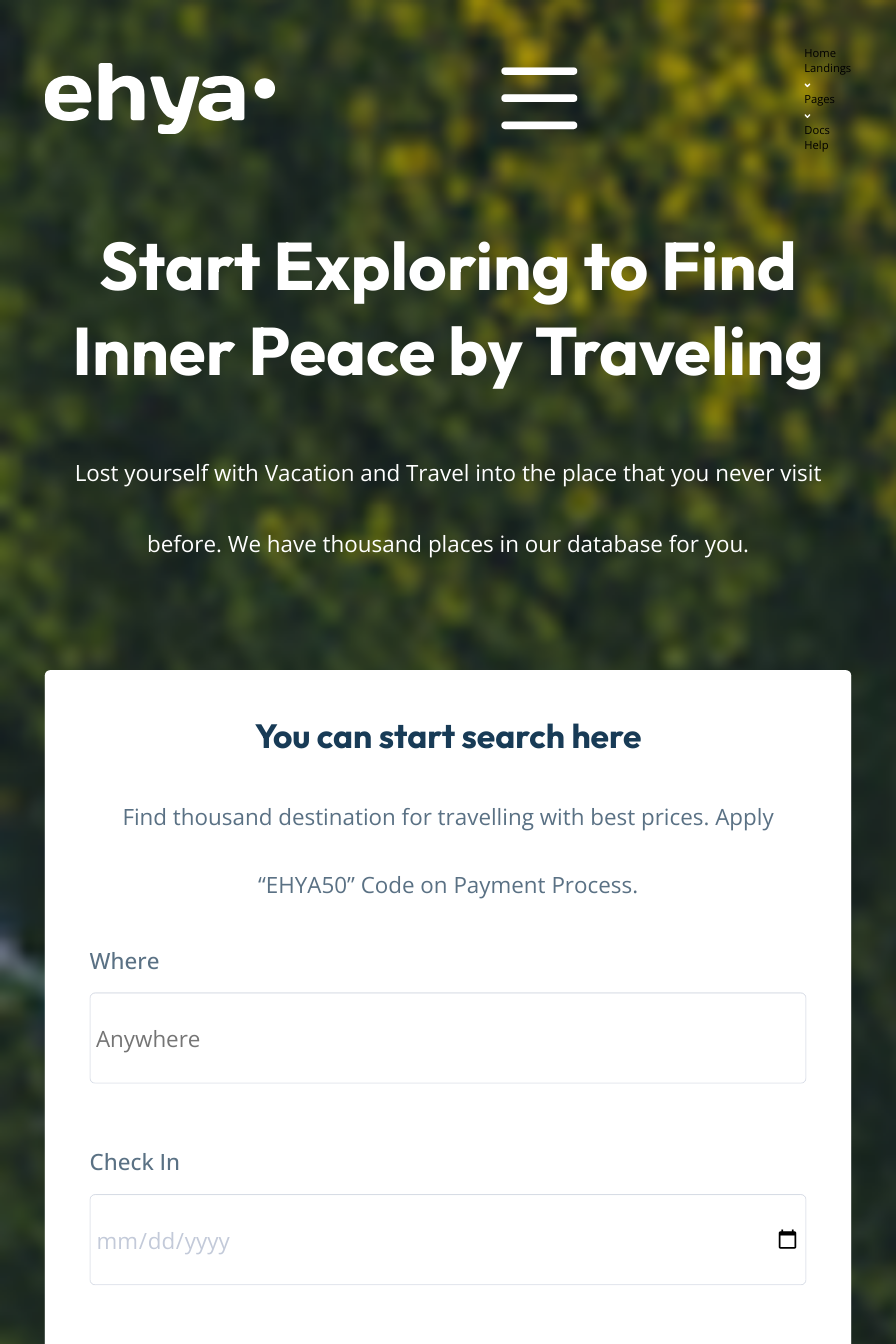
Repository: daviHmoraes/frontcomtailwind
Page: index.html
These files come from the project's save history. The page is drawn as it stood at one moment and after a run of saves; the edit follows.
The browser window is 1280 px wide. The pictures show the part of the page from y = 0 to 1920 px (the page is 30174 px tall before and 30197 px after), at 70% of full size.

Above is the page before, as saved 2026-09-01 19:36:38.

### index.html
<!DOCTYPE html>
<html lang="en">
<head>
    <meta charset="UTF-8">
    <meta name="viewport" content="width=device-width, initial-scale=1.0">
    <title>Ehya - Home Page</title>
    <link rel="stylesheet" href="/css/style.css">

    <!--OPEN SANS FONT-->
    <link rel="preconnect" href="https://fonts.googleapis.com">
    <link rel="preconnect" href="https://fonts.gstatic.com" crossorigin>
    <link href="https://fonts.googleapis.com/css2?family=Open+Sans:ital,wght@0,300..800;1,300..800&display=swap" rel="stylesheet">

    <!--OUTFIT FONT-->
    <link rel="preconnect" href="https://fonts.googleapis.com">
    <link rel="preconnect" href="https://fonts.gstatic.com" crossorigin>
    <link href="https://fonts.googleapis.com/css2?family=Outfit:wght@100..900&display=swap" rel="stylesheet">
</head>

<body>
    <header>

        <section class="header">
            <img id="logo" src="/img/Logo.svg" alt="Ehya Company Logo">
            <img id="hamburguer-menu" src="/img/hamburguer-menu.svg" alt="Hamburguer menu Icon">

            <div class="nav">
                <p>Home</p>

                <div class="chevron-topic">
                    <p>Landings</p>
                    <img src="/img/white-chevron-down.svg" alt="Chevron Icon Pointing Down">
                </div>

                <div class="chevron-topic">
                    <p>Pages</p>
                    <img src="/img/white-chevron-down.svg" alt="Chevron Icon Pointing Down">
                </div>

                <p>Docs</p>
                <p>Help</p>
            </div>

        </section>

        <section class="hero">

            <div class="hero-content">
                <h1>
                    Start Exploring to
                    Find Inner Peace
                    by Traveling
                </h1>

                <p>
                    Lost yourself with Vacation and
                    Travel into the place that you never
                    visit before. We have thousand
                    places in our database for you.
                </p>
            </div>

            <div class="form-card">
                <h2>
                    You can start search here
                </h2>

                <p>
                    Find thousand destination for travelling
                    with best prices. Apply “EHYA50” Code
                    on Payment Process.
                </p>

                <form>
                    <div class="field">
                        <label for="where">Where</label>
                        <input type="text" id="where" name="where" placeholder="Anywhere">
                    </div>

                    <div class="field">
                        <label for="checkin">Check In</label>
                        <input type="date" id="checkin" name="checkin">
                    </div>

                    <div class="field">
                        <label for="checkout">Check Out</label>
                        <input type="date" id="checkout" name="checkout">
                    </div>

                    <div class="field">
                        <label for="guests">Guests</label>
                        <input type="text" id="guests" name="guests" placeholder="Guests">
                    </div>

                    <input id="submit" type="submit" value="Search">
                </form>
            </div>

            <img class="arrow" src="/img/south-arrow.svg" alt="South Pointing Arrow">

        </section>
    </header>

    <main>
        <section class="benefits">
            <h2>
                Travelya Benefit
                for User
            </h2>

            <p>
                We are self-service data analytics
                software that lets you create visually
                appealing data visualizations and
                insightful dashboards in minutes.
            </p>

            <div class="cards">
                <div class="card">
                    <img src="/img/card-icon/cheap-icon.svg" alt="Label Icon">

                    <div class="card-content">
                        <h3>
                            Cheap than Other
                        </h3>
                        <p>
                            Travelya is cheaper than other
                            travel agency.
                        </p>
                    </div>
                </div>

                <div class="card">
                    <img src="/img/card-icon/secure-icon.png" alt="Shield Icon">

                    <div class="card-content">
                        <h3>
                            Secure Payment
                        </h3>
                        <p>
                            You can pay your book without
                            doubt again.
                        </p>
                    </div>
                </div>

                <div class="card">
                    <img src="/img/card-icon/free-icon.svg" alt="AC Icon">

                    <div class="card-content">
                        <h3>
                            Free Amenities
                        </h3>
                        <p>
                            We guarantee you can give free amenities wherever
                            you are.
                        </p>
                    </div>
                </div>

                <div class="card">
                    <img src="/img/card-icon/top-icon.svg" alt="Crown Icon">

                    <div class="card-content">
                        <h3>
                            Top Rated
                        </h3>
                        <p>
                            Only show best destination
                            with 1000+ super review user
                        </p>
                    </div>
                </div>

                <div class="card">
                    <img src="/img/card-icon/best-icon.svg" alt="Medal Icon">

                    <div class="card-content">
                        <h3>
                            Best Offers
                        </h3>
                        <p>
                            Inform you about all best
                            offers for all destination
                        </p>
                    </div>
                </div>

                <div class="card">
                    <img src="/img/card-icon/easy-icon.svg" alt="Like Icon">

                    <div class="card-content">
                        <h3>
                            Easy Book
                        </h3>
                        <p>
                            Follow flow, Click, Pay. Wait.
                            Just wait e-ticket
                        </p>
                    </div>
                </div>

                <div class="card">
                    <img src="/img/card-icon/refund-icon.svg" alt="Hands Shell Icon">

                    <div class="card-content">
                        <h3>
                            Fast Refund
                        </h3>
                        <p>
                            If you canceled. We can refund
                            your money 1x12
                        </p>
                    </div>
                </div>

                <div class="card">
                    <img src="/img/card-icon/support-icon.svg" alt="Headphone Icon">

                    <div class="card-content">
                        <h3>
                            24/7 Support
                        </h3>
                        <p>
                            We’re ready help you anytime
                            and anywhere you are.
                        </p>
                    </div>
                </div>
            </div>
        </section>

        <section class="popular-destinations">
            <h2>
                Popular Destinations
            </h2>

            <div class="destinations">
                <div class="destination" id="venice">
                    <h3>
                        Venice, Italy
                    </h3>
                    <p>
                        Travelling into the popular river in Italy
                    </p>
                    <button class="see-offers">
                        See Offers
                    </button>
                </div>

                <div class="destination" id="paris">
                    <h3>
                        Paris, France
                    </h3>
                    <p>
                        Romance in popular world landmark
                    </p>
                    <button class="see-offers">
                        See Offers
                    </button>
                </div>

                <div class="destination" id="bali">
                    <h3>
                        Bali, Indonesia
                    </h3>
                    <p>
                        See best sunset ver in the world
                    </p>
                    <button class="see-offers">
                        See Offers
                    </button>
                </div>

                <div class="destination" id="santorini">
                    <h3>
                        Santorini, Greece
                    </h3>
                    <p>
                        Visit the 1000 Gods Country
                    </p>
                    <button class="see-offers">
                        See Offers
                    </button>
                </div>
            </div>

            <div class="see-all-offers">
                <a href="#">See All Offers</a>
                <img src="/img/blue-east-arrow.svg" alt="East Pointing Arrow">
            </div>
        </section>

        <section class="about-travelya">

            <div class="about-title">
                <h3>
                    ABOUT TRAVELYA
                </h3>

                <h1>
                    Everyone Needs Travel. Needs a Holiday.<br>
                    Want to Break Free <br> for a While
                </h1>
            </div>

            <div id="umbrella-card">
                <div id="search-field">
                    <img src="/img/search.svg" alt="Search Bloom Icon">
                    <p>Recommended Destination</p>
                </div>
            </div>

            <div class="selected-destination">
                <h2>
                    We have More than 1000
                    Selected Destination
                </h2>

                <p>
                    You can choose one of many option
                    that we have on Our Website. Every
                    destination have been 4+ star rated <br>
                    by our user before. You can search <br>
                    by clicking our button on below of <br>
                    the this text man.
                </p>

                <button class="search-destination">
                    Search Destination
                </button>
            </div>

            <div class="holiday-card">
                <div id="holiday-image"></div>
                <div class="card-content">
                    <span class="discount">DISC 50%</span>
                    <h3>
                        Holiday in Bali Island
                    </h3>
                    <p>
                        Stay 3 night at Seminyak Hotel Bali
                    </p>
                    <button class="redeem-now">Redeem Now</button>
                </div>
            </div>

            <div class="promo">
                <h2>
                    Always give you Promo <br>
                    on every Month / Event
                </h2>
                <p>
                    We make sure give you a lot of
                    promo every month or event based
                    on calendar. If you want, Just
                    subscribe on Newsletter.
                </p>

                <div class="pros">
                    <img src="/img/pros-icon.svg" alt="Right Simbol Icon">
                    <p>25% for New Members</p>
                </div>

                <div class="pros">
                    <img src="/img/pros-icon.svg" alt="Right Simbol Icon">
                    <p>Cancelled refund 100%</p>
                </div>

                <div class="pros">
                    <img src="/img/pros-icon.svg" alt="Right Simbol Icon">
                    <p>Up 50% on your birthday</p>
                </div>

                <div class="pros">
                    <img src="/img/pros-icon.svg" alt="Right Simbol Icon">
                    <p>Reward for 1000 Points</p>
                </div>

                <div class="pros">
                    <img src="/img/pros-icon.svg" alt="Right Simbol Icon">
                    <p>Cashback 10% via OVO</p>
                </div>
            </div>
        </section>

        <section class="feedback">

            <div class="feedback-image">
                <div id="left-comment" class="comment">Hi, Can you help me? 😔</div>
                <div id="right-comment" class="comment">Can I get my money back?</div>
                <div id="big-comment" class="comment">Thanks for your help!! 😍😍😍😍</div>
            </div>

        </section>

        <section class="money-back">

            <h2>100% Money back
                Guarantee if You
                Cancel
            </h2>

            <p>
                We promises in this case. We still
                want to refund your money when
                you cancel order.
            </p>

            <div class="faqs">
                <div class="selected-faq">
                    <div class="faq-header">
                        <img src="/img/filled-green-circle.svg" alt="Filled Green Circle">
                        <h4>Friendly, Quick, Easy</h4>
                        <img src="/img/chevron-up.svg" alt="Chevron Pointing Up">
                    </div>
                    <p>
                        Business messaging that feels just
                        like the messenger apps you and
                        your customers use every day.
                    </p>
                </div>

                <div class="faq">
                    <div class="faq-header">
                        <img src="/img/non-filled-green-circle.svg" alt="Non-filled Green Circle">
                        <h4>Fast Response Answer</h4>
                        <img src="/img/chevron-down.svg" alt="Chevron Pointing Down">
                    </div>
                </div>

                <div class="faq">
                    <div class="faq-header">
                        <img src="/img/non-filled-green-circle.svg" alt="Non-filled Green Circle">
                        <h4>Money Back Guarantee</h4>
                        <img src="/img/chevron-down.svg" alt="Chevron Pointing Down">
                    </div>
                </div>
            </div>
        </section>

        <section class="reports">

            <div class="report-hero">
                <img src="/img/quote-left.svg" alt="Pair of Left Quotes">
            </div>

            <p>
                Travelya, thank you so much
                for a well organized trip. We
                had a wonderful time. Hard to
                believe it's already done and
                past. Weather was awesome,
                the hotels were nice, thank
                you for everything!
            </p>

            <div class="report-writer">
                <h4>Lorena Eka Mira</h4>
                <p>General Manager Bus Association</p>
            </div>

            <div class="pages-indicator">
                <img src="/img/filled-blue-circle.svg" alt="Filled Blue Circle Icon">
                <img src="/img/filled-gray-circle.svg" alt="Filled Gray Circle Icon">
                <img src="/img/filled-gray-circle.svg" alt="Filled Gray Circle Icon">
                <img src="/img/filled-gray-circle.svg" alt="Filled Gray Circle Icon">
            </div>
        </section>

        <section class="travelers-tips">

            <span class="travelers-tips-subtitle">TIPS FOR TRAVELYER’S</span>

            <h2>
                Some Tips From Us
            </h2>

            <p>
                We share common trends, strategies,
                ideas, opinions, short & long stories
                from the team behind company.
            </p>

            <div class="tips-cards">
                <div id="wetlands" class="tips-card">
                    <h2>
                        From Wetlands To
                        Canals and Dams
                        Amsterdam Is
                        Alive. Looks who’s
                        out
                    </h2>
                    <div class="see-offers">
                        <a href="#">
                            See All Offers
                            <img src="/img/green-east-arrow.svg" alt="Green Arrow Pointing East">
                        </a>
                    </div>
                </div>

                <div id="global" class="tips-card">
                    <h2>
                        Global Travel And
                        Vacations Luxury
                        Travel On A Tight
                        Budget
                    </h2>
                    <div class="see-offers">
                        <a href="#">
                            See All Offers
                            <img src="/img/green-east-arrow.svg" alt="Green Arrow Pointing East">
                        </a>
                    </div>
                </div>
            </div>

            <img id="see-more-arrow" src="/img/blue-east-arrow.svg" alt="Blue Arrow Pointing East">
        </section>

        <section class="rating">
            <section class="costumers">
                <div class="costumers-pics">
                    <img src="/img/costumers-pics/costumer1.png" alt="Man Profile Picture">
                    <img src="/img/costumers-pics/Costumer2.png" alt="Woman Profile Picture">
                    <img src="/img/costumers-pics/costumer3.png" alt="Man Profile Picture">
                </div>
                <div class="costumers-content">
                    <p>
                        <span class="bold">Friendly</span>
                        customer support team
                    </p>
                </div>
            </section>

            <section class="trustpilot">
                <div class="trustpilot-logo">
                    <img id="logo-star" src="/img/green-star.svg" alt="Green TrustPilot Star Icon">
                    <img id="logo-name" src="/img/trustpilot-logo.png" alt="TrustPilot Logo">
                </div>

                <div class="star">
                    <img src="/img/rating-star.svg" alt="Rating Orange Star">
                    <img src="/img/rating-star.svg" alt="Rating Orange Star">
                    <img src="/img/rating-star.svg" alt="Rating Orange Star">
                    <img src="/img/rating-star.svg" alt="Rating Orange Star">
                    <img src="/img/rating-star.svg" alt="Rating Orange Star">
                </div>

                <p>
                    <span class="bold">4.6 out of 5 stars</span>
                    from 8.6k
                    reviews
                </p>

            </section>

            <section class="insurance">
                <img src="/img/card-icon/easy-icon.svg" alt="Like Icon">
                <p>
                    We’re making
                    <span class="bold">insurance as simple as</span>
                    can be
                </p>
            </section>

        </section>

    </main>

    <footer>
        <div class="redirects">
            <article class="topic">
                <h3>Product</h3>
                <p>Landing page</p>
                <p>Features</p>
                <p>Documentation</p>
                <p>Referral Program</p>
                <p>Pricing</p>
            </article>

            <article class="topic">
                <h3>Services</h3>
                <p>Documentation</p>
                <p>Design</p>
                <p>Themes</p>
                <p>Illustrations</p>
                <p>UI Kit</p>
            </article>

            <article class="topic">
                <h3>Company</h3>
                <p>About</p>
                <p>Terms</p>
                <p>Privacy Policy</p>
                <p>Careers</p>
            </article>

            <article class="topic">
                <h3>More</h3>
                <p>Documentation</p>
                <p>License</p>
                <p>Changelog</p>
            </article>
        </div>

        <div class="footer-content">
            <img src="/img/logo.svg" alt="Logo da empresa Ehya">

            <p>
                Build a modern and creative website with crealand
            </p>

            <div class="contacts">
                <img src="/img/footer-icons/google.svg" alt="Redirect Contact Google icon">
                <img src="/img/footer-icons/twitter.svg" alt="Redirect Contact Twitter icon">
                <img src="/img/footer-icons/instagram.svg" alt="Redirect Contact Instagram icon">
                <img src="/img/footer-icons/linkedin.svg" alt="Redirect Contact Linkedin icon">
                <img src="/img/footer-icons/youtube.svg" alt="Redirect Contact Youtube icon">
            </div>

        </div>

    </footer>

</body>
</html>

Loaded but not shown: css/style.css (979 lines, source omitted)

After the next 2 saves:
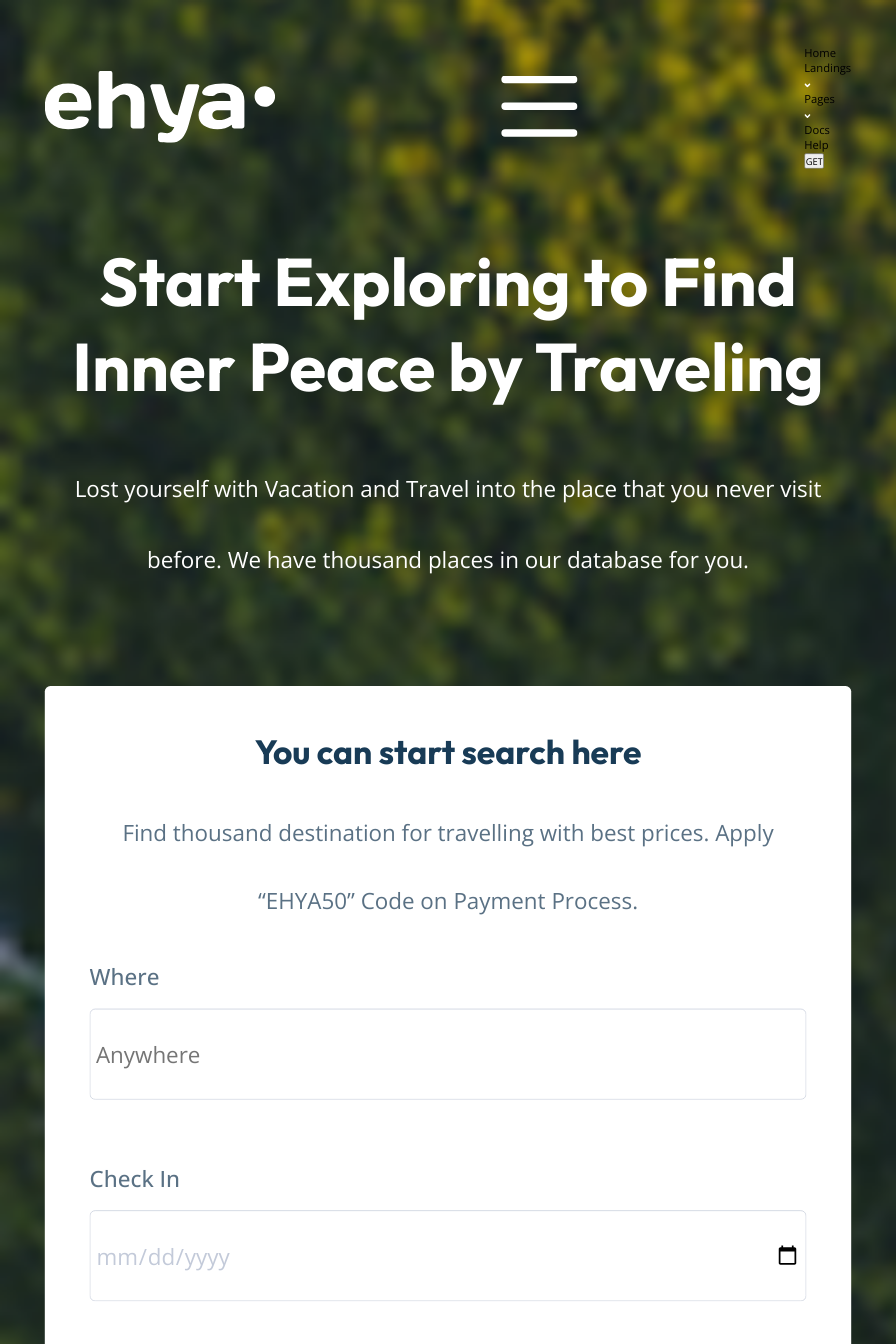
The 2 saves are shown as one change because they came seconds apart.
The last was saved 8 s later.
--- a/index.html
+++ b/index.html
@@ -39,6 +39,8 @@
 
                 <p>Docs</p>
                 <p>Help</p>
+
+                <button>GET</button>
             </div>
 
         </section>
